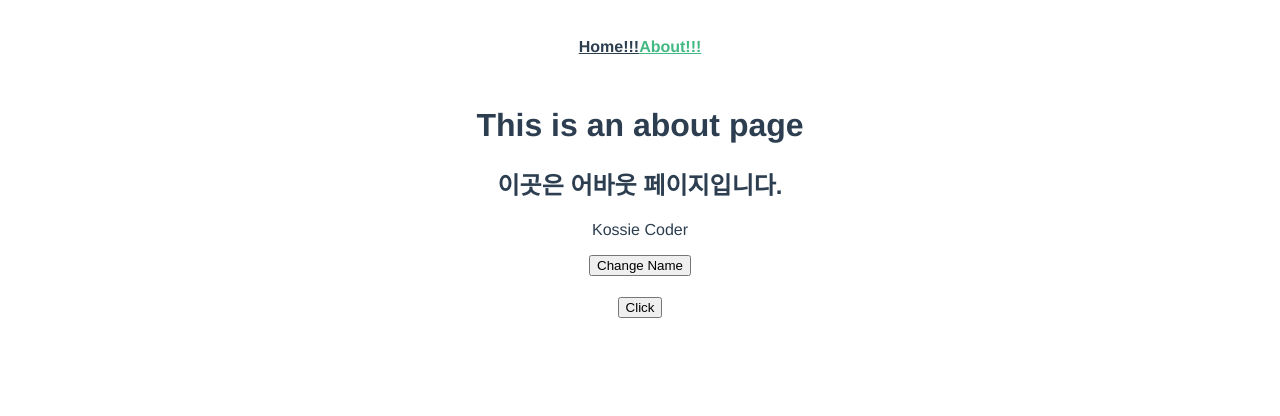
Repository: RyuGeunHwan/code_J
Page: /about (app in vue-router/)
These files come from the project's save history. The page is drawn as it stood at one moment and after the next save; the edit follows.
The browser window is 1280 px wide. The pictures show the whole page.
The project was rebuilt for these pictures with package versions that can differ from the ones it lists, and the page was loaded fresh each time. Also part of the build but not shown: vue-router/src/views/Home.vue.

Above is the page before, as saved 2022-08-19 17:05:54.

### vue-router/src/main.js
import Vue from 'vue'
import App from './App.vue'
import router from './router'
import store from './store'

Vue.config.productionTip = false


//Vue 인스턴스 생성
new Vue({
  router,
  store,
  render: h => h(App)
}).$mount('#app')

### vue-router/src/App.vue
<template>
  <div id="app">
    <div id="nav">
      <!-- 라우터로 설정한 경로는 /router/index.js페이지에서 확인할 수 있다. -->
      <!-- 라우터를 사용해서 페이지 이동을 하려면 router-link 태그를 사용하여 to="" 속성으로 경로(index.js에서 설정한 경로)를 입력해서 페이지 이동 -->
      <!-- a태그보다 router-link태그를 선호한다. => a태그 : 리로드 O <-> router-link : 리로드 X-->
      <router-link to="/">Home!!!</router-link>
      <router-link to="/about">About!!!</router-link>
    </div>
    <router-view/><!-- 라우터 사용 설정 -->
  </div>
</template>

<style>
#app {
  font-family: Avenir, Helvetica, Arial, sans-serif;
  -webkit-font-smoothing: antialiased;
  -moz-osx-font-smoothing: grayscale;
  text-align: center;
  color: #2c3e50;
}

#nav {
  padding: 30px;
}

#nav a {
  font-weight: bold;
  color: #2c3e50;
}

#nav a.router-link-exact-active {
  color: #42b983;
}
</style>

### vue-router/src/router/index.js
import Vue from 'vue'
import VueRouter from 'vue-router'
import Home from '../views/Home.vue'

// VueRouter를 사용한다고 설정
Vue.use(VueRouter)


//Router 설정 start
const routes = [
  {
    //path : 브라우저에서 URL에 들어가는 경로 ex) http://localhost:8080/
    path: '/',
    name: 'Home',
    // component : import한 component를 사용할 수 있게끔 넣어주는것.
    component: Home
  },
  {
    //path : 브라우저에서 URL에 들어가는 경로 ex) http://localhost:8080/about
    path: '/about',
    name: 'About',
    // route level code-splitting
    // this generates a separate chunk (about.[hash].js) for this route
    // which is lazy-loaded when the route is visited.

    // 전역으로 import하지 않고 About.vue를 불러옴과 동시에 component를 넣었다.
    component: () => import(/* webpackChunkName: "about" */ '../views/About.vue')
  }
]

const router = new VueRouter({
  mode: 'history',
  base: process.env.BASE_URL,
  routes
})

export default router

### vue-router/src/views/About.vue
<template>
  <div class="about">
    <h1>This is an about page</h1>
    <h2>이곳은 어바웃 페이지입니다.</h2>
    <KossieCoder/>
    <h1>{{message}}</h1>
    <button @click="changeName">Click</button>
  </div>
</template>

<script>
import KossieCoder from '@/components/KossieCoder.vue';

export default {
  components:{
    KossieCoder
  },
  name : 'App',
  data(){
    return{
      firstName : 'Ryu',
      lastName : 'geunhwan',
    };
  },
  methods : {
    changeName(){
      this.fullName = "nin ano";
    }
  },
  computed:{
    fullName: {
        get:function(){
          console.log('3번');
          return this.firstName+''+this.lastName;
        },
        set: function(newValue){
          alert('Setting new name: ' + newValue);
          var name = newValue.split(' '); //eslint-disable-line no-unused-vars
          this.firstName = name[0];
          this.lastName = name[1];
        }
      }
    }
  }

</script>

### vue-router/src/components/KossieCoder.vue
<template>
    <div>
        <p>{{  name  }}</p>
        <button @click="updateName">Change Name</button>
    </div>
</template>

<script>
export default {
    data(){
        return{
            name : 'Kossie Coder'
        }
    },
    methods: {
        updateName(){
            this.name = 'Kossie Coder Updated'
        }
    }

}
</script>

<style scoped>

</style>

Loaded but not shown: vue-router/public/index.html (common file); vue-router/src/store/index.js (common file)

After the next save:
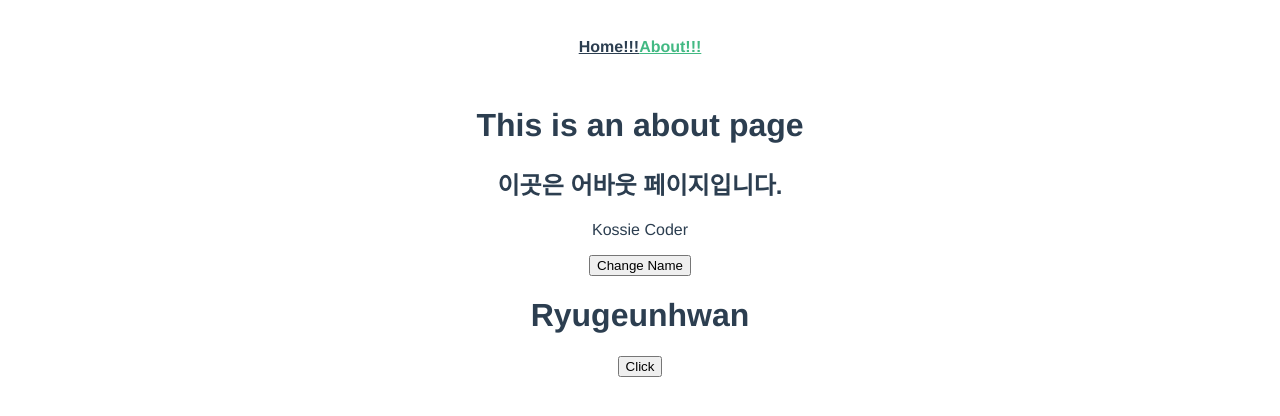
Saved 2 min 27 s later.
--- a/vue-router/src/views/About.vue
+++ b/vue-router/src/views/About.vue
@@ -3,7 +3,7 @@
     <h1>This is an about page</h1>
     <h2>이곳은 어바웃 페이지입니다.</h2>
     <KossieCoder/>
-    <h1>{{message}}</h1>
+    <h1>{{fullName}}</h1>
     <button @click="changeName">Click</button>
   </div>
 </template>
